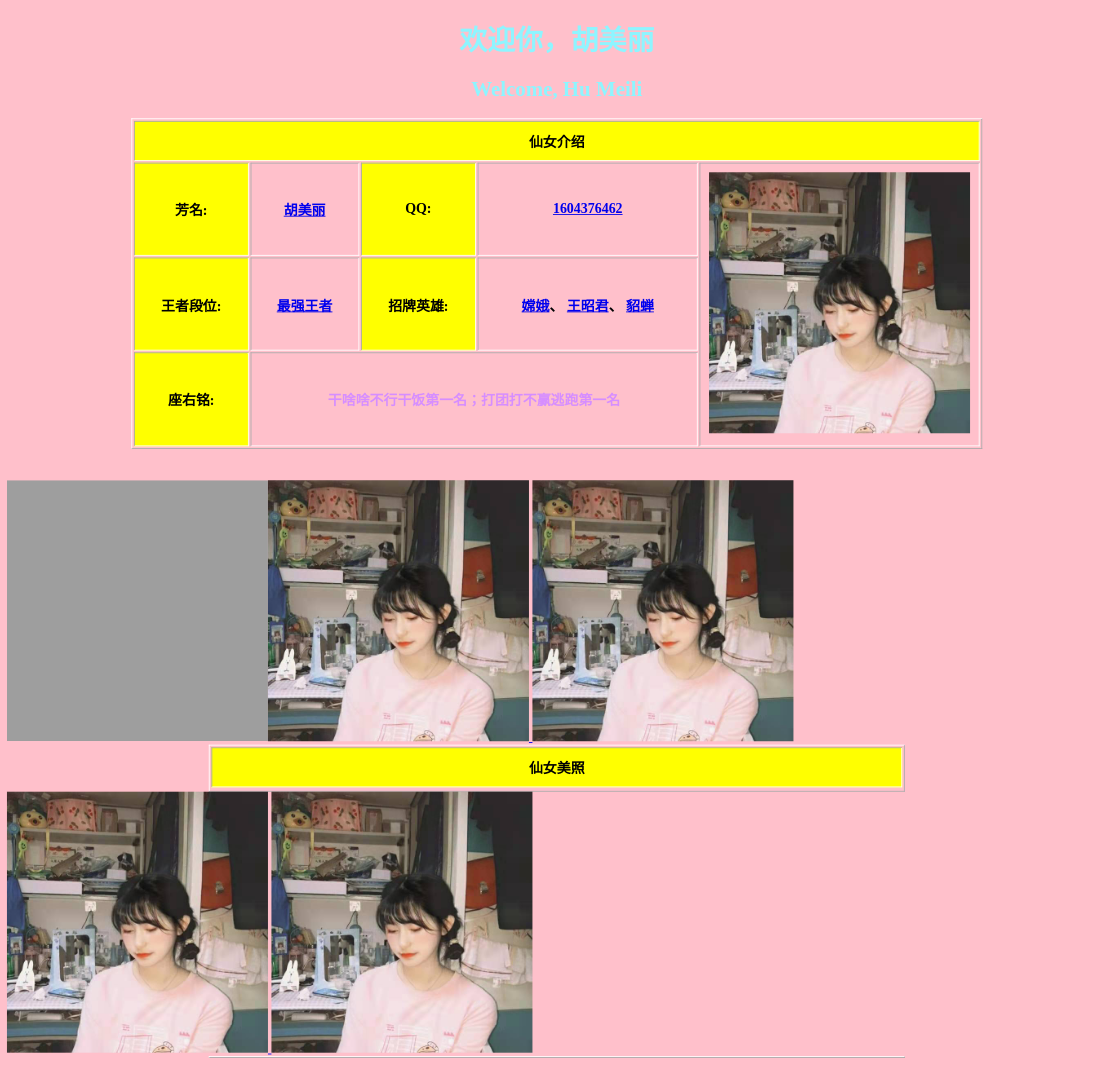
Repository: NanmeiYC/NanmeiYC.github.io
Page: ceshi2.html
An editor plug-in stored every save of this project. The page is shown before and after a run of saves, followed by the edit.
The browser window is 1280 px wide. The pictures show the whole page, at 87% of full size.
Pictures or frames that could not be fetched are drawn as grey boxes.

Above is the page before, as saved 2021-05-29 03:08:36.

### ceshi2.html
<!DOCTYPE html>
<html>

<head>
    <meta charset="utf-8">
    <title>欢迎我们美丽大方温柔善良的胡美丽</title>
</head>

<body bgcolor="pink">
    <h1 align="center"><a style="color: #8ef5ff;">欢迎你，胡美丽</a></h1>
    <h2 align="center"><a style="color: #8ef5ff;">Welcome, Hu Meili</a></h2>
    <table border="1" align="center" cellpadding="10px" width="978" style="border-color:rgb(255, 255, 255);">
        <tr align="center">
            <th colspan="7" bgcolor="yellow">仙女介绍</th>
        </tr>

        <tr align="center">
            <th bgcolor="yellow">芳名:</th>
            <th colspan="2"><a href="humeili.html">胡美丽</a></th>
            <th bgcolor="yellow">QQ:</th>
            <th colspan="2"> <a href="http://wpa.qq.com/msgrd?v=3&uin=1604376462&site=qq&menu=yes">1604376462</a></th>
            <td rowspan="3" width="100" <p><a href="humeili.html"><img border="0" src="images\胡美丽主.jpg" width="300px" height="300px"></td>
        </tr>
        <tr align="center">
            <th bgcolor="yellow">王者段位:</th>
            <th colspan="2"><a href="https://pvp.qq.com/web201605/hisrecord.shtml">最强王者</a></th>
            <th bgcolor="yellow">招牌英雄:</th>
            <th colspan="2">
                <a href="https://pvp.qq.com/web201605/herodetail/515.shtml">嫦娥</a>、
                <a href="https://pvp.qq.com/web201605/herodetail/152.shtml">王昭君</a>、
                <a href="https://pvp.qq.com/web201605/herodetail/141.shtml">貂蝉</a>
            </th>
        </tr>
        <tr align="center">
            <th bgcolor="yellow">座右铭:</th>
            <th colspan="5"><a style="color: #d68eff;">干啥啥不行干饭第一名；打团打不赢逃跑第一名</a> </th>
        </tr>
        <table border="1" align="center" cellpadding="10" width="800" style="border-color:rgb(255, 255, 255);">
            <br>
            <br>
        <tr align="center">
            <th colspan="9" bgcolor="yellow">仙女美照</th>
        </tr>
        <tr align="center">
            <th1 rowspan="3" width="100" <p><a href="humeili.html"><img border="0" src="images\胡" width="300px" height="300px"></th1>
            <th2 rowspan="3" width="100" <p><a href="humeili.html"><img border="0" src="images\胡美丽主.jpg" width="300px" height="300px"></th2>
            <th3 rowspan="3" width="100" <p><a href="humeili.html"><img border="0" src="images\胡美丽主.jpg" width="300px" height="300px"></th3>
        </tr>
        <table border="1" align="center" cellpadding="10" width="800" style="border-color:rgb(255, 255, 255);">
        <tr align="center">
            <th4 rowspan="3" width="100" <p><a href="humeili.html"><img border="0" src="images\胡美丽主.jpg" width="300px" height="300px"></th4>
            <th5 rowspan="3" width="100" <p><a href="humeili.html"><img border="0" src="images\胡美丽主.jpg" width="300px" height="300px"></th5>
        </tr>
    </table>

After the next 2 saves:
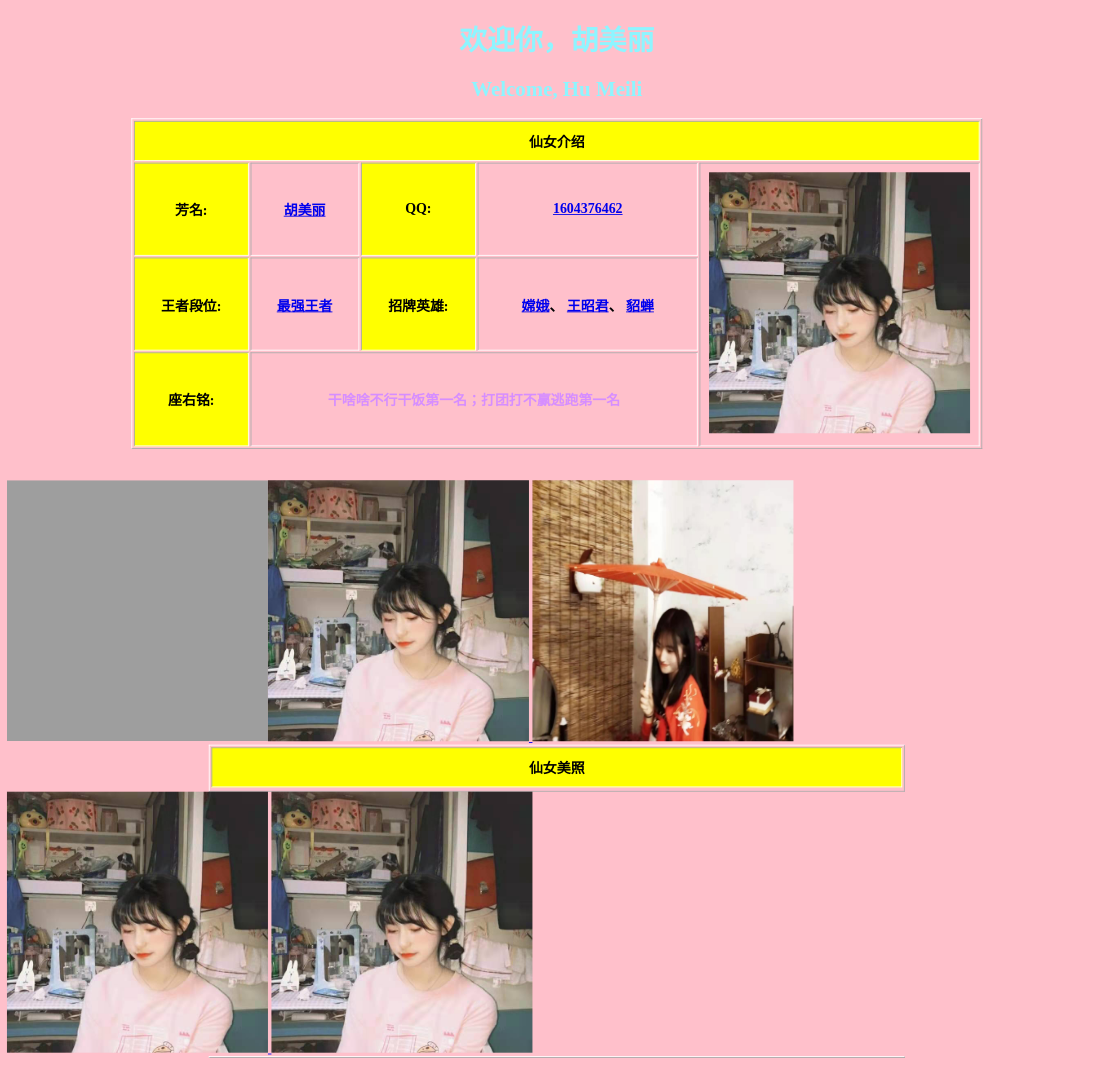
The 2 saves are shown as one change because they came seconds apart.
The last was saved 50 s later.
--- a/ceshi2.html
+++ b/ceshi2.html
@@ -44,7 +44,7 @@
         <tr align="center">
             <th1 rowspan="3" width="100" <p><a href="humeili.html"><img border="0" src="images\胡" width="300px" height="300px"></th1>
             <th2 rowspan="3" width="100" <p><a href="humeili.html"><img border="0" src="images\胡美丽主.jpg" width="300px" height="300px"></th2>
-            <th3 rowspan="3" width="100" <p><a href="humeili.html"><img border="0" src="images\胡美丽主.jpg" width="300px" height="300px"></th3>
+            <th3 rowspan="3" width="100" <p><a href="humeili.html"><img border="0" src="images\胡美丽1.jpg" width="300px" height="300px"></th3>
         </tr>
         <table border="1" align="center" cellpadding="10" width="800" style="border-color:rgb(255, 255, 255);">
         <tr align="center">
